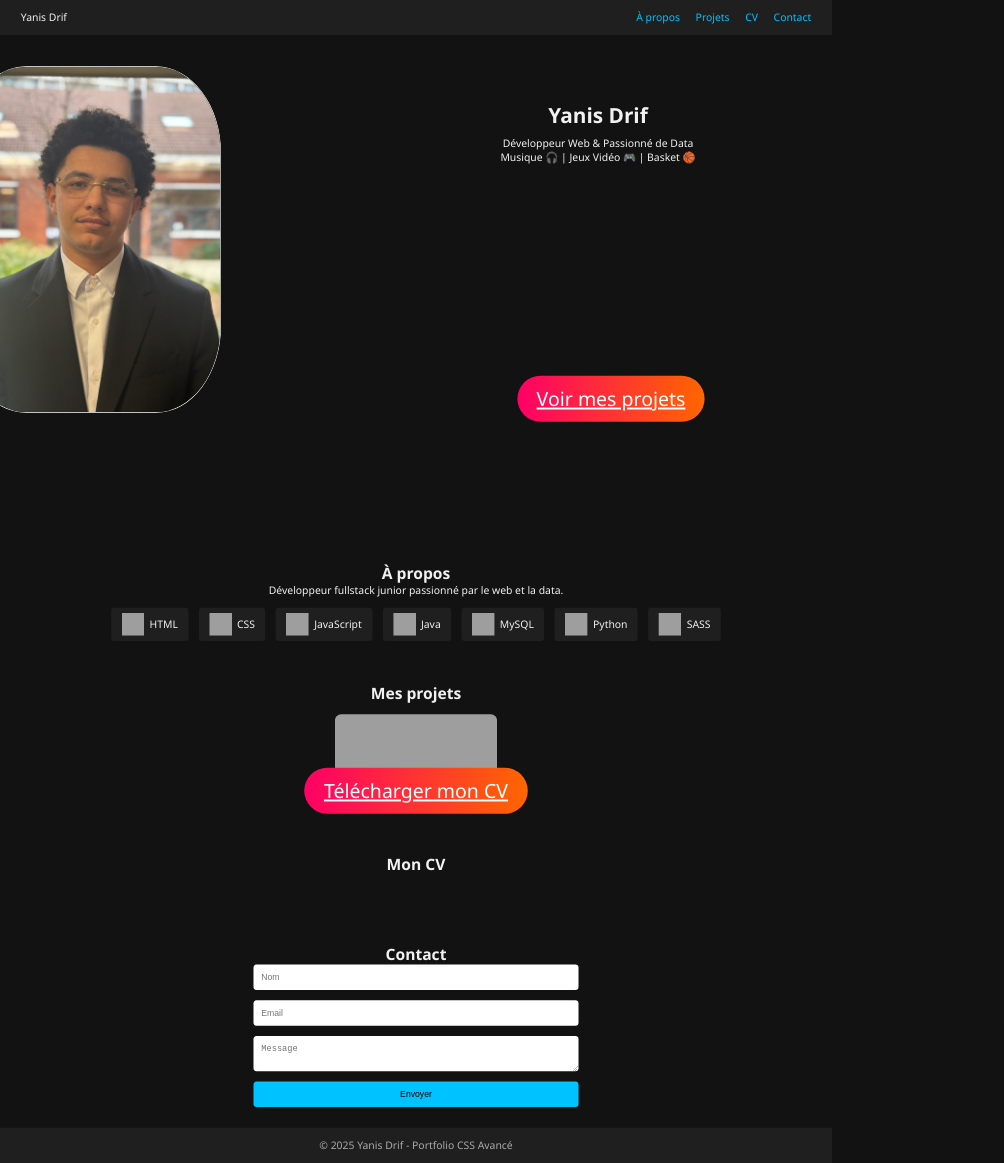
Repository: Yxniiss/ProjetCssAvance
Page: OneDrive/Bureau/Portfolio DrifYanis/home.html
An editor plug-in stored every save of this project. The page is shown before and after the next save, followed by the edit.
The browser window is 1280 px wide. The page is 1544 px wide, so the pictures cover 1544 px, including what lies to the right of the window. The pictures show the whole page, at 65% of full size.
Pictures or frames that could not be fetched are drawn as grey boxes.

Above is the page before, as saved 2025-04-10 10:42:17.
Console error: TypeError: Cannot set properties of null (setting 'textContent')

### OneDrive/Bureau/Portfolio DrifYanis/home.html
<!DOCTYPE html>
<html lang="fr">
<head>
  <meta charset="UTF-8" />
  <meta name="viewport" content="width=device-width, initial-scale=1.0" />
  <title>Portfolio - Yanis Drif</title>
  <link rel="stylesheet" href="/style.css" />
  <script defer src="/script.js"></script>
</head>
<body>
  <nav class="navbar">
    <div class="logo">Yanis Drif</div>
    <ul class="nav-links">
      <li><a href="#apropos">À propos</a></li>
      <li><a href="#projets">Projets</a></li>
      <li><a href="#cv">CV</a></li>
      <li><a href="#contact">Contact</a></li>
    </ul>
  </nav>

  <header class="hero">
    <img src="/image/IMG_0965 (2).jpeg" alt="Photo de profil" class="hero__image" />
    <div class="hero__content">
      <h1 class="hero__name">Yanis Drif</h1>
      <p class="hero__tagline">Développeur <span>Web</span> & Passionné de Data</p>
      <p class="hero__desc">Musique 🎧 | Jeux Vidéo 🎮 | Basket 🏀</p>
      <a href="#projets" class="btn">Voir mes projets</a>
    </div>
  </header>

  <section id="apropos" class="section about">
    <h2>À propos</h2>
    <p>Développeur fullstack junior passionné par le web et la data.</p>
    <div class="skills">
      <div class="skill"><img src="https://devicon-website.vercel.app/api/html5/original-wordmark.svg" alt="HTML">HTML</div>
      <div class="skill"><img src="https://devicon-website.vercel.app/api/css3/original-wordmark.svg" alt="CSS">CSS</div>
      <div class="skill"><img src="https://devicon-website.vercel.app/api/javascript/original.svg" alt="JavaScript">JavaScript</div>
      <div class="skill"><img src="https://devicon-website.vercel.app/api/java/original-wordmark.svg" alt="Java">Java</div>
      <div class="skill"><img src="https://devicon-website.vercel.app/api/mysql/plain-wordmark.svg" alt="MySQL">MySQL</div>
      <div class="skill"><img src="https://devicon-website.vercel.app/api/python/original-wordmark.svg" alt="Python">Python</div>
      <div class="skill"><img src="https://devicon-website.vercel.app/api/sass/original.svg" alt="SASS">SASS</div>
    </div>
  </section>

  <section id="projets" class="section projets">
    <h2>Mes projets</h2>
    <div class="projects carousel">
      <img src="img/Capture d'écran 2025-04-09 23345.png" alt="Projet 1"/>
      <img src="/img/Capture d'écran 2025-04-09 12402 (1).png" alt="Projet 2" />
      <img src="/img/ChatGPT Image 9 avr. 2025, 23_49_51.png" alt="Projet 3" />
    </div>
  </section>

  <section id="cv" class="section cv">
    <h2>Mon CV</h2>
    <a href="/doc/CV Yanis (1) (1).pdf" download class="btn2">Télécharger mon CV</a>
  </section>

  <section id="contact" class="section contact">
    <h2>Contact</h2>
    <form class="contact-form">
      <input type="text" placeholder="Nom" required />
      <input type="email" placeholder="Email" required />
      <textarea placeholder="Message" required></textarea>
      <button type="submit">Envoyer</button>
    </form>
  </section>

  <footer>
    <p>&copy; 2025 Yanis Drif - Portfolio CSS Avancé</p>
  </footer>
</body>
</html>

### OneDrive/Bureau/Portfolio DrifYanis/style.css
* {
    margin: 0;
    padding: 0;
    box-sizing: border-box;
  }

  body {
    font-family: "Segoe UI", sans-serif;
    background-color: #121212;
    color: #f1f1f1;
  }

  .navbar {
    display: flex;
    justify-content: space-between;
    padding: 1rem 2rem;
    background-color: #1f1f1f;
  }

  .nav-links {
    display: flex;
    list-style: none;
    gap: 1.5rem;
  }

  .nav-links a {
    color: #00c2ff;
    text-decoration: none;
  }

  .hero {
    padding: 3rem 1rem;
    text-align: center;

  }

  .hero__name{
    position: relative;
    left: 280px;
    bottom:500px;

  }

  .hero__tagline{
    position: relative;
    left:280px;
    bottom:490px;
  }

  .hero__desc{
    position: relative;
    left:280px;
    bottom:490px;}

  .hero__image {
    border-radius: 25%;
    width: 400px;
    border: 1px solid #ffffff;
    margin-bottom: 1rem;
    position: relative;
    right:500px ;
  }

  .section {
    padding: 2rem 1rem;
    text-align: center;
  }

  .projects {
    display: flex;
    justify-content: center;
    gap: 1rem;
    flex-wrap: wrap;
    margin-top: 1rem;
  }

  .projects img {
    width: 250px;
    height: 150px;
    -o-object-fit: cover;
       object-fit: cover;
    border-radius: 10px;
  }

  .skills {
    display: flex;
    flex-wrap: wrap;
    gap: 1rem;
    justify-content: center;
    margin-top: 1rem;
  }

  .skill {
    display: flex;
    align-items: center;
    gap: 0.5rem;
    background-color: #1f1f1f;
    padding: 0.5rem 1rem;
    border-radius: 5px;
  }

  .skill img {
    width: 35px;
    height: 35px;
  }

  footer {
    padding: 1rem;
    text-align: center;
    background-color: #1f1f1f;
    color: #aaa;
  }

  .btn {
    padding: 15px 30px;
    font-size: 30px;
    position: relative;
    left: 300px;
    bottom:150px;
    color:white;
    background: linear-gradient(90deg, #ff0066, #ff6600);
    border:none;
    border-radius: 50px;
    cursor: pointer;
    box-shadow: 0 4px 15px rgba(255,0,102,0);
    transition: box-shadow 0.3s ease, transform 0.3s ease;
  }

  .btn:hover{
    box-shadow: 0 10px 20px rgba(255,0,102,0.5);
    transform: translateY(-3px);
  }

  .btn2 {
    padding: 15px 30px;
    font-size: 30px;
    position: relative;
    left: 0px;
    bottom:150px;
    color:white;
    background: linear-gradient(90deg, #ff0066, #ff6600);
    border:none;
    border-radius: 50px;
    cursor: pointer;
    box-shadow: 0 4px 15px rgba(255,0,102,0);
    transition: box-shadow 0.3s ease, transform 0.3s ease;
  }

  .btn2:hover{
    box-shadow: 0 10px 20px rgba(255,0,102,0.5);
    transform: translateY(-3px);
  }


  .contact-form {
    max-width: 500px;
    margin: auto;
    display: flex;
    flex-direction: column;
    gap: 1rem;
  }

  .contact-form input,
  .contact-form textarea {
    padding: 0.75rem;
    border: none;
    border-radius: 5px;
  }

  .contact-form button {
    background-color: #00c2ff;
    color: #000;
    padding: 0.75rem;
    border: none;
    border-radius: 5px;
    cursor: pointer;
  }

  .start h1{
    text-align: left;
    margin-top: 100px;
    font-size: 35px;
    margin-left: 100px;
  }

  .start h2{
    text-align: left;
    margin-top: 1px;
    font-size: 70px;
    margin-left: 100px;
  }

  .start h3{
    text-align: left;
    margin-top: 1px;
    font-size: 35px;
    margin-left: 100px;
  }

  #mot {
    color:#00c2ff;
  }

  #cursor{
    display: inline-block;
    width: 10px;
    background-color:black;
    animation: blink 0.8s step-end infinite;
  }

  @keyframes blink{
    50% {
      opacity: 0;
    }
  }

  @keyframes typing{
    from{
      width: 0;
    }
    to{
      width: 100%;
    }
  }

  #main{
    opacity: 0;
    transform: translateY(0);
    transition: opacity 5s ease, transform 5s ease;
  }

  body.loaded #main{
    opacity: 1;
    transform: translateY(0);
  }


  .start p{
    text-align: left;
    margin-left: 100px;
    margin-top: 20px;
    font-size: 20px;
  }

  .ntwrks {
    position: absolute;
    top: 410px;
    left: 110px;
    display: flex;
    flex-wrap: wrap;
    gap: 1rem;
  }

  .ntwrk {
    display: flex;
    align-items: center;
    gap: 0.5rem;
    background-color: #1f1f1f;
    padding: 1rem 1rem;
    border-radius: 100px;
    transition: 0.3s ease, opacity 0.3s ease;
  }

  .ntwrk:hover{
    transform: scale(1.2);
    opacity: 0.8;
  }

  .ntwrk img {
    width: 30px;
    height: 30px;
  }

  .modern-button{
    background-color:#00c2ff;
    font-size: 16px;
    font-weight: bold;
    border:none;
    padding: 15px 30px;
    border-radius: 25px;
    cursor: pointer;
    outline: none;
    position: relative;
    right:550px;
    top:120px;
    animation:glow 1.5s infinite alternate;
    transition: 0.3s ease, opacity 0.3s ease;
  }

  .modern-button a{
    color:white;
    text-decoration: none;
  }

  .modern-button:hover{
    transform: scale(1.2);
    opacity: 1;
  }

  @keyframes glow{
    0%{
      box-shadow: 0 0 10px 5px rgba(0, 194, 255, 0.6), 0 0 20px 10px rgba(0, 194, 255, 0.4);
    }
    100%{
      box-shadow: 0 0 20px 10px rgba(0, 194, 255, 1), 0 0 30px 15px rgba(0, 194, 255, 0.8);
    }
  }

  .image{
    max-width: 30%;
    position: relative;
    bottom: 350px;
    left: 350px;
  }

### OneDrive/Bureau/Portfolio DrifYanis/script.js

document.addEventListener('DOMContentLoaded', () => {
    // Scroll fluide
    document.querySelectorAll('a[href^="#"]').forEach(anchor => {
      anchor.addEventListener('click', function (e) {
        e.preventDefault();
        const target = document.querySelector(this.getAttribute('href'));
        if (target) {
          target.scrollIntoView({ behavior: 'smooth' });
        }
      });
    });

    // Carrousel automatique
    const images = document.querySelectorAll('.carousel img');
    let currentIndex = 0;

    function showSlide(index) {
      images.forEach((img, i) => {
        img.style.display = i === index ? 'block' : 'none';
      });
    }

    function nextSlide() {
      currentIndex = (currentIndex + 1) % images.length;
      showSlide(currentIndex);
    }

    if (images.length > 0) {
      showSlide(currentIndex);
      setInterval(nextSlide, 3000); // change every 3 seconds
    }
  });

  const mot = ["Etudiant", "Developpeur web", "Pasionné de code","Developpeur fullstack"];
  let index = 0;
  const element = document.getElementById("mot");
  const cursor = document.getElementById("cursor");

  let typingInterval;
  let currentWord = "";
  let currentCharIndex = 0;

  function  commencerTypingAnimation(){
    currentWord=mot[index];
    currentCharIndex = 0;
    element.textContent = '';

    typingInterval = setInterval(() =>{
      element.textContent += currentWord.charAt(currentCharIndex);
      currentCharIndex++;

      if(currentCharIndex === currentWord.length){
        clearInterval(typingInterval);
        setTimeout(changerMot,1000);
      }
    },150);
  }

  function changerMot(){
    element.textContent=mot[index];
    index++;
    if(index===mot.length){
      index=0;
    }
    commencerTypingAnimation();
  }
  commencerTypingAnimation();

  window.addEventListener('load', function () {
    document.body.classList.add('loaded');
  });

After the next save:
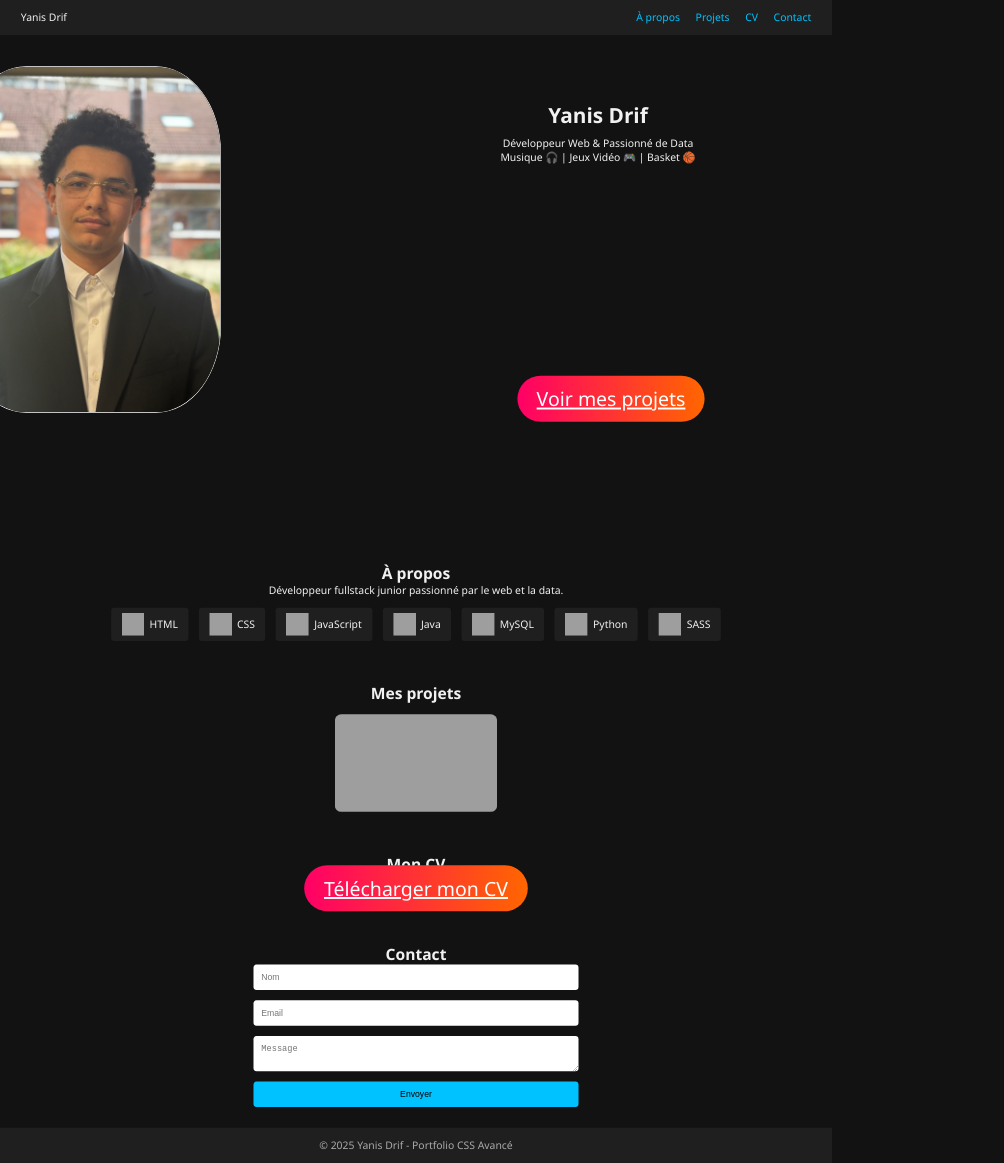
Saved 20 s later.
--- a/OneDrive/Bureau/Portfolio DrifYanis/style.css
+++ b/OneDrive/Bureau/Portfolio DrifYanis/style.css
@@ -136,7 +136,7 @@
     font-size: 30px;
     position: relative;
     left: 0px;
-    bottom:150px;
+    bottom:0px;
     color:white;
     background: linear-gradient(90deg, #ff0066, #ff6600);
     border:none;
